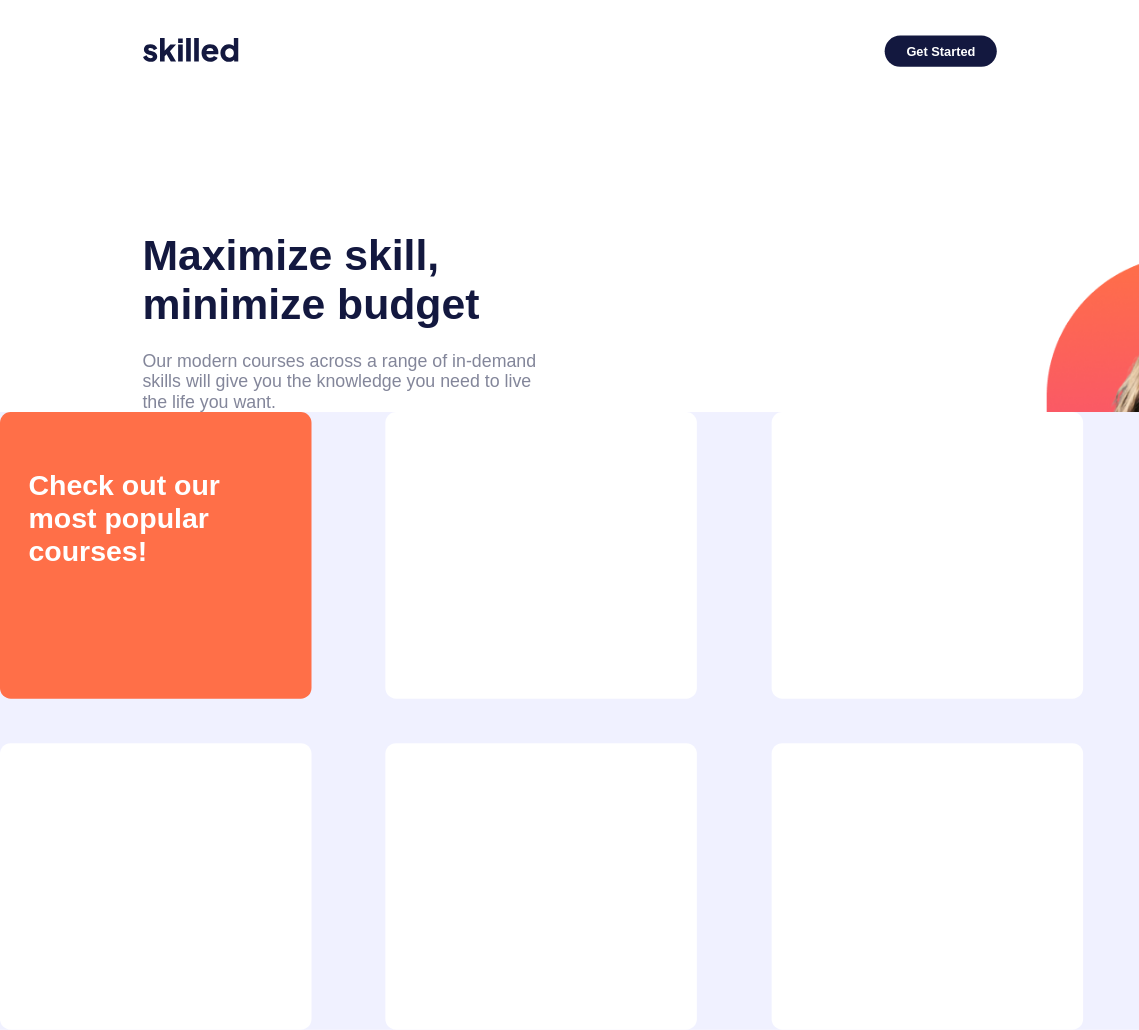
Repository: exe-walt/E-Learning-Landing-Page
Page: index.html
The author's editor kept a copy of each file at every save. The page is drawn from the files as they stood at one save, then again after a run of saves.
The browser window is 1280 px wide. The pictures show the whole page, at 89% of full size.
Some web fonts or font styles are not loaded; a fallback is used.

Above is the page before, as saved 2025-05-29 11:44:45.

### index.html
<!DOCTYPE html> <!-- Document type declaration for HTML5 -->
<html lang="en">
<head>
  <meta charset="UTF-8"> <!-- Character encoding set to UTF-8 -->
  <meta name="viewport" content="width=device-width, initial-scale=1.0"> <!-- Responsive design meta tag -->
  <title>Skilled E-Learning Page</title> <!-- Page title -->
  <link rel="stylesheet" href="css/style.css"> <!-- Link to external CSS file -->
  <link href="https://fonts.cdnfonts.com/css/plus-jakarta-sans" rel="stylesheet"> <!-- Import custom font -->
</head>
<body>
  <div class="content-container"> <!-- Main content container -->

    <!-- NAVBAR SECTION -->
    <div class="navbar">
      <ul>
        <li id="logo">
          <img src="img/skilled-logo.svg" alt="logo">
        </li>
        <li class="navbar-button">
          <button>Get Started</button> <!-- Call-to-action button -->
        </li>
      </ul>
    </div>

    <!-- HERO SECTION -->
    <div class="hero-section">
      <div class="hero-text">
        <h1>Maximize skill, <br>minimize budget</h1>

        <p>
          Our modern courses across a range of in-demand <br> skills will give you the knowledge you need to live <br> the life you want.
        </p>
      </div>
    </div>

    <!--Popular Courses Cards-->
    <div class="cc"> <!--Courses-Container top-->
      <div class="main-left">
        <p>Check out our <br>most popular <br>courses! </p>
      </div>
      <div class="animation-card"></div>
      <div class="design-card"></div>

      <div class="photography"></div>
      <div class="crypto"></div>
      <div class="business"></div>
    </div>




  </div>

</body>
</html>

### css/style.css
* {
  box-sizing: border-box;
  margin: 0;
  padding: 0;
}

.navbar, .hero-section{
  background-image: url(../img/Group19.png);
}

body {
  font-family: "Plus Jakarta Sans", sans-serif;
  margin: 0;
  display: flex;
  justify-content: center;
  align-items: center;
}

.content-container {
  background-color: #ffffff;
  max-width: 100%;
  width: 100%;
  height: auto;
}

.navbar {
  display: flex;
  justify-content: space-between;
  align-items: center;
  background-color: white;
  margin-left: 10em;
  margin-right: 10em;
  margin-top: 2.5em;
}

.navbar ul {
  display: flex;
  align-items: center;
  justify-content: space-between;
  width: 100%;
  list-style: none;
}

#logo img {
  height: 1.75em;
  width: auto;
}

.navbar-button button {
  background-color: #13183f;
  color: white;
  border: none;
  border-radius: 999px;
  padding: 0.6rem 1.5rem;
  font-weight: 600;
  font-size: 0.9rem;
  cursor: pointer;
  transition: background-color 0.3s ease;
}

.navbar-button button:hover {
  background-color: #666ca3;
}

.hero-section {
  display: flex;
}

.hero-text {
  margin-left: 10em;
  margin-top: 11.5em;
}

.hero-text h1 {
  font-weight: 800; /* ExtraBold */
  font-size: 3rem;
  color: #13183f;
}

.hero-text p {
  font-weight: 400; /* Medium */
  font-size: 1.25rem;
  color: #83869a;
  padding-top: 1.25em;
}

.cc{
  display: grid;
  gap: 50px 20px;
    grid-template-columns: repeat(3, 1fr);
  background-color: #F0F1FF; /* apply this gradient (#FFFFFF - #F0F1FF) */ /*Gradient direction is from top to bottom*/
}


.main-left{
  width: 350px;
  height: 322px;
  border-radius: 12px;
  background: #FF6F48; /* apply this gradient (#FF6F48 - F02AA6) */
}

.main-left p{
  font-size: 2em;
  font-weight: bolder;
  color: white;
  padding-top: 64px;
  padding-left: 32px;
  padding-right: 32px;
  padding-bottom: 138px;
  justify-content: center;
}

.animation-card, .design-card, .photography, .crypto, .business{
  width: 350px;
  height: 322px;
  border-radius: 12px;
  background:#ffffff;
}

After the next 3 saves:
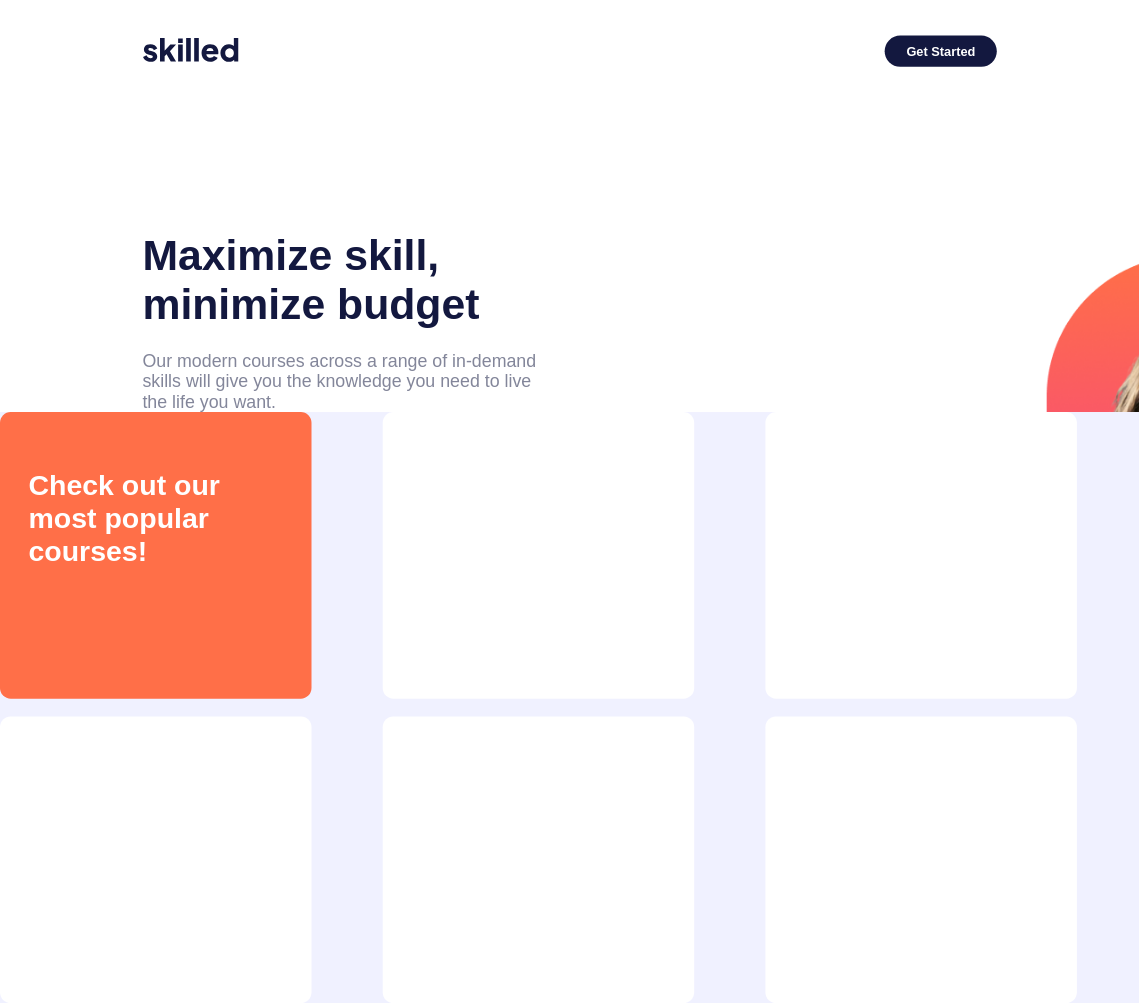
The 3 saves are shown as one change because they came seconds apart.
The last was saved 15 s later.
--- a/css/style.css
+++ b/css/style.css
@@ -86,8 +86,8 @@ body {
 
 .cc{
   display: grid;
-  gap: 50px 20px;
-    grid-template-columns: repeat(3, 1fr);
+  gap: 20px 10px;
+  grid-template-columns: repeat(3, 1fr);
   background-color: #F0F1FF; /* apply this gradient (#FFFFFF - #F0F1FF) */ /*Gradient direction is from top to bottom*/
 }
 
